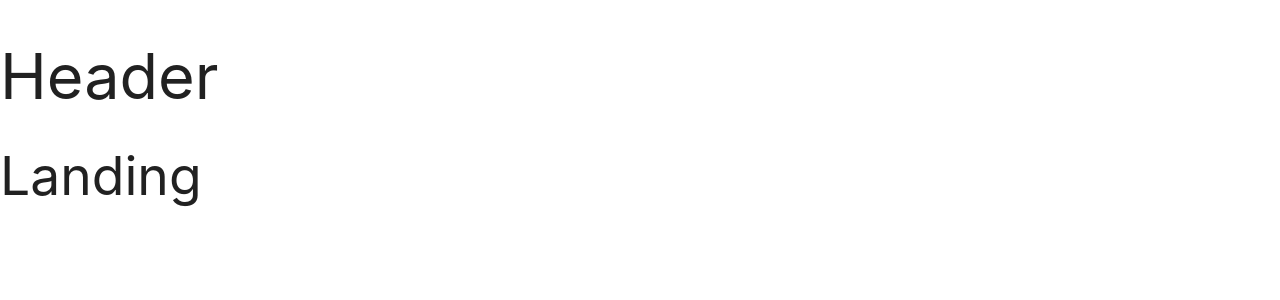
Repository: nickeone/emaily
Page: / (app in client/)
An editor plug-in stored every save of this project. The page is shown before and after the next save, followed by the edit.
The browser window is 1280 px wide. The pictures show the whole page.
The project was rebuilt for these pictures with package versions that can differ from the ones it lists, and the page was loaded fresh each time.

Above is the page before, as saved 2021-05-19 21:15:23.

After the next save:
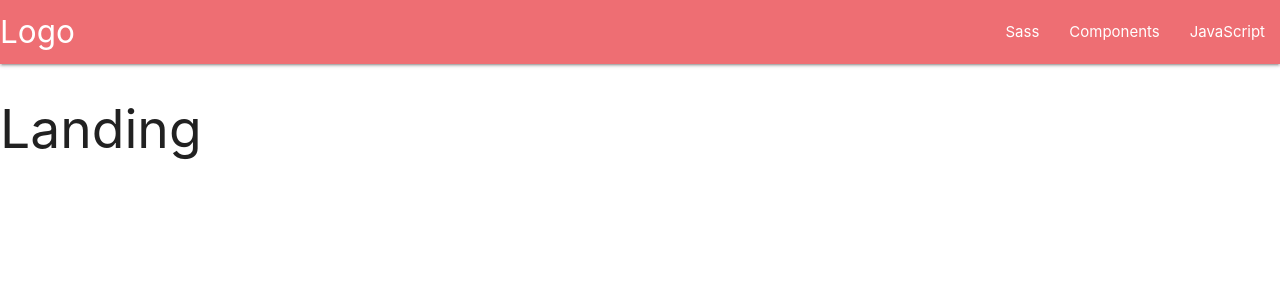
Saved 8 min 55 s later.
--- a/client/src/components/Header.js
+++ b/client/src/components/Header.js
@@ -3,9 +3,16 @@ import React, {Component} from 'react';
 class Header extends Component {
     render() {
         return(
-            <div>
-                <h1>Header</h1>
+            <nav>
+            <div class="nav-wrapper">
+              <a href="#" class="brand-logo">Logo</a>
+              <ul id="nav-mobile" class="right hide-on-med-and-down">
+                <li><a href="sass.html">Sass</a></li>
+                <li><a href="badges.html">Components</a></li>
+                <li><a href="collapsible.html">JavaScript</a></li>
+              </ul>
             </div>
+          </nav>
         )
     }
 }
